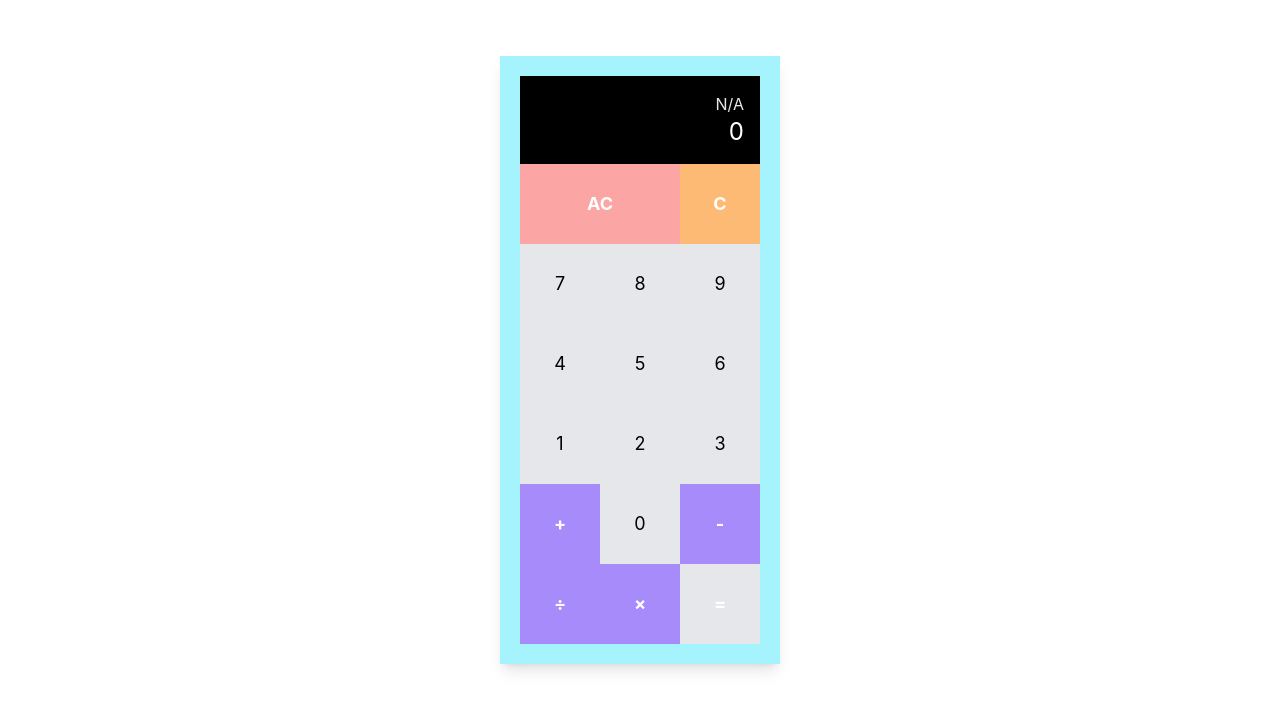
Repository: BrianPhamDev/calculator_app
Page: /
The author's editor kept a copy of each file at every save. The page is drawn from the files as they stood at one save, then again after a run of saves.
The browser window is 1280 px wide. The pictures show the whole page.
The project was rebuilt for these pictures with package versions that can differ from the ones it lists, and the page was loaded fresh each time. Also part of the build but not shown: vite.config.js.

Above is the page before, as saved 2024-01-09 15:15:49.

### src/App.jsx
import Calculator from "./components/Calculator";

function App() {
  return (
    <>
      <div className="flex items-center justify-center w-screen h-screen">
        <Calculator></Calculator>
      </div>
    </>
  );
}

export default App;

### src/components/Calculator.jsx
import { calculatorButtons } from "../globals/calculator-button-data";
import { useReducer } from "react";

const ACTIONS = {
  ADD_DIGIT: "add-digit",
  CLEAR: "clear",
  DELETE_DIGIT: "delete-digit",
  CHOOSE_OPERATION: "choose-operation",
  EVALUATE: "evaluate",
};

function reducer(state, { type, payload }) {
  switch (type) {
    case ACTIONS.ADD_DIGIT:
      if (payload.value === 0 && state.current === "0") return state;
      console.log(payload.digit);
      return {
        ...state,
        currentOperand: `${state.currentOperand || ""}${payload.digit}`,
      };

    default:
      break;
  }
}

const Calculator = () => {
  const specialTypes = {
    operator: "bg-violet-400 hover:bg-violet-300 text-white font-bold",
    enter: "bg-blue-400 hover:bg-blue-300 text-white font-bold",
  };
  const specialClasses = {
    ac: "col-span-2 w-40 bg-red-300 text-white font-bold hover:bg-red-400",
    c: "bg-orange-300 text-white font-bold hover:bg-orange-400",
  };

  const [{ currentOperand, previousOperand, operation }, dispatch] = useReducer(
    reducer,
    {}
  );

  const handleAddingDigit = (button) => {
    dispatch({ type: ACTIONS.ADD_DIGIT, payload: { digit: button.value } });
  };

  return (
    <div className="border-[20px] border-cyan-200 shadow-lg">
      <div className="w-60 h-fit bg-black text-white flex flex-col items-end justify-around px-4 py-4 break-words break-all">
        <div className="previous text-gray-200">
          {previousOperand || "N/A"} {operation}
        </div>
        <div className="current text-2xl">{currentOperand || "0"}</div>
      </div>

      <div className="grid grid-cols-3">
        {calculatorButtons.map((button) => {
          return (
            <div
              key={button.className}
              className={`bg-gray-200 flex items-center justify-center w-20 h-20 hover:bg-slate-300 text-lg  ${
                specialClasses[button.className] || ""
              }
              ${specialTypes[button.type] || ""}`}
              onClick={() => {
                button.type ? handleAddingDigit(button) : null;
              }}
            >
              {button.text}
            </div>
          );
        })}
      </div>
    </div>
  );
};

export default Calculator;

### src/globals/calculator-button-data.js
export const calculatorButtons = [
  {
    type: "clear",
    className: "ac",
    text: "AC",
    value: "All Clear",
  },
  {
    type: "clear",
    className: "c",
    text: "C",
    value: "Clear",
  },
  {
    type: "number",
    className: "seven",
    text: 7,
    value: 7,
  },
  {
    type: "number",
    className: "eight",
    text: 8,
    value: 8,
  },
  {
    type: "number",
    className: "nine",
    text: 9,
    value: 9,
  },

  {
    type: "number",
    className: "four",
    text: 4,
    value: 4,
  },
  {
    type: "number",
    className: "five",
    text: 5,
    value: 5,
  },
  {
    type: "number",
    className: "six",
    text: 6,
    value: 6,
  },

  {
    type: "number",
    className: "one",
    text: 1,
    value: 1,
  },
  {
    type: "number",
    className: "two",
    text: 2,
    value: 2,
  },
  {
    type: "number",
    className: "three",
    text: 3,
    value: 3,
  },

  {
    type: "operator",
    className: "add",
    text: "+",
    value: "Add",
  },

  {
    type: "number",
    className: "zero",
    text: 0,
    value: 0,
  },
  {
    type: "operator",
    className: "subtract",
    text: "-",
    value: "Subtract",
  },
  {
    type: "operator",
    className: "divide",
    text: "\u00f7",
    value: "Divide",
  },
  {
    type: "operator",
    className: "multiply",
    text: "\u00d7",
    value: "Multiply",
  },

  {
    type: "enter",
    className: "equal",
    text: "=",
    value: "Equal",
  },
];

Loaded but not shown: index.html (common file); src/main.jsx (common file); src/index.css (common file); tailwind.config.js (common file)

After the next 2 saves:
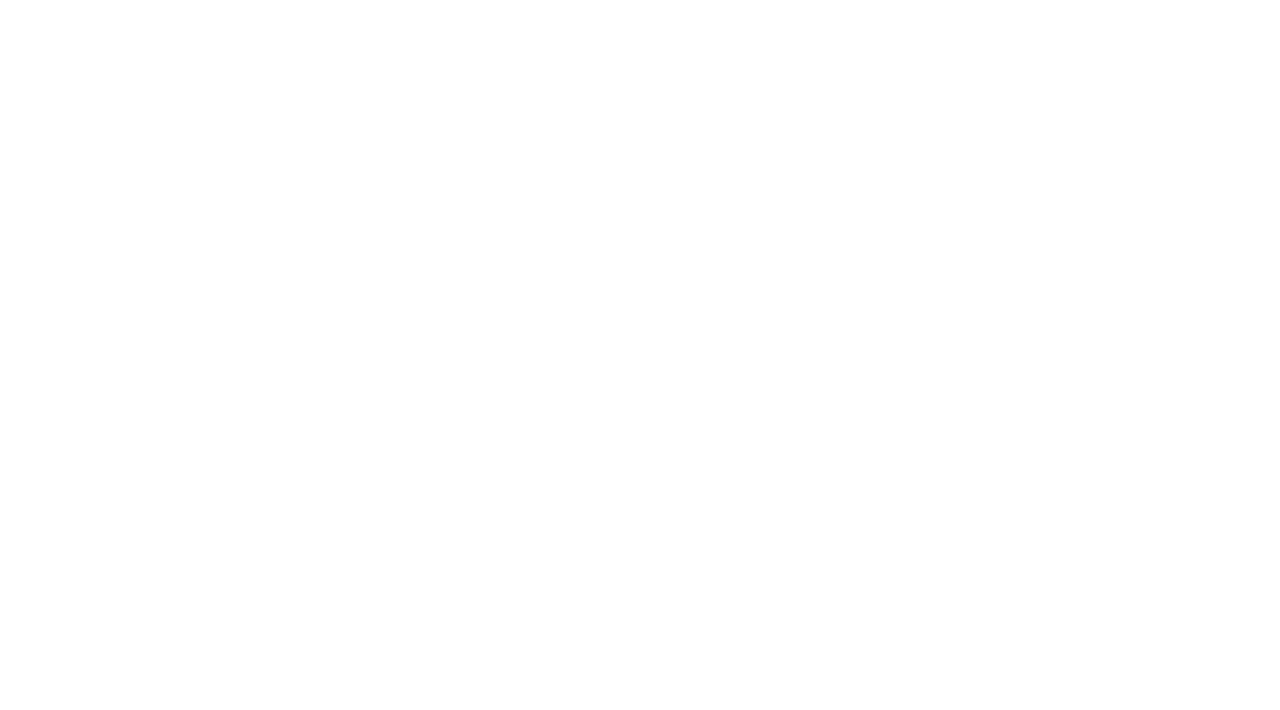
Console error: ReferenceError: function1 is not defined
The 2 saves are shown as one change because 1 did not build or start.
The last was saved 60 min 37 s later.
--- a/src/components/Calculator.jsx
+++ b/src/components/Calculator.jsx
@@ -33,6 +33,11 @@
     ac: "col-span-2 w-40 bg-red-300 text-white font-bold hover:bg-red-400",
     c: "bg-orange-300 text-white font-bold hover:bg-orange-400",
   };
+  const typeFunctions = {
+    type1: function1,
+    type2: function2,
+    // add more mappings here
+  };
 
   const [{ currentOperand, previousOperand, operation }, dispatch] = useReducer(
     reducer,
@@ -61,10 +66,18 @@
                 specialClasses[button.className] || ""
               }
               ${specialTypes[button.type] || ""}`}
+              // onClick={() => {
+              //   specialTypes[button.type];
+              //   // button.type ? handleAddingDigit(button) : null;
+              // }}
               onClick={() => {
-                button.type ? handleAddingDigit(button) : null;
+                const typeFunction = typeFunctions[button.type];
+                if (typeFunction) {
+                  typeFunction(button);
+                }
               }}
             >
+              <body></body>
               {button.text}
             </div>
           );

After the save that followed:
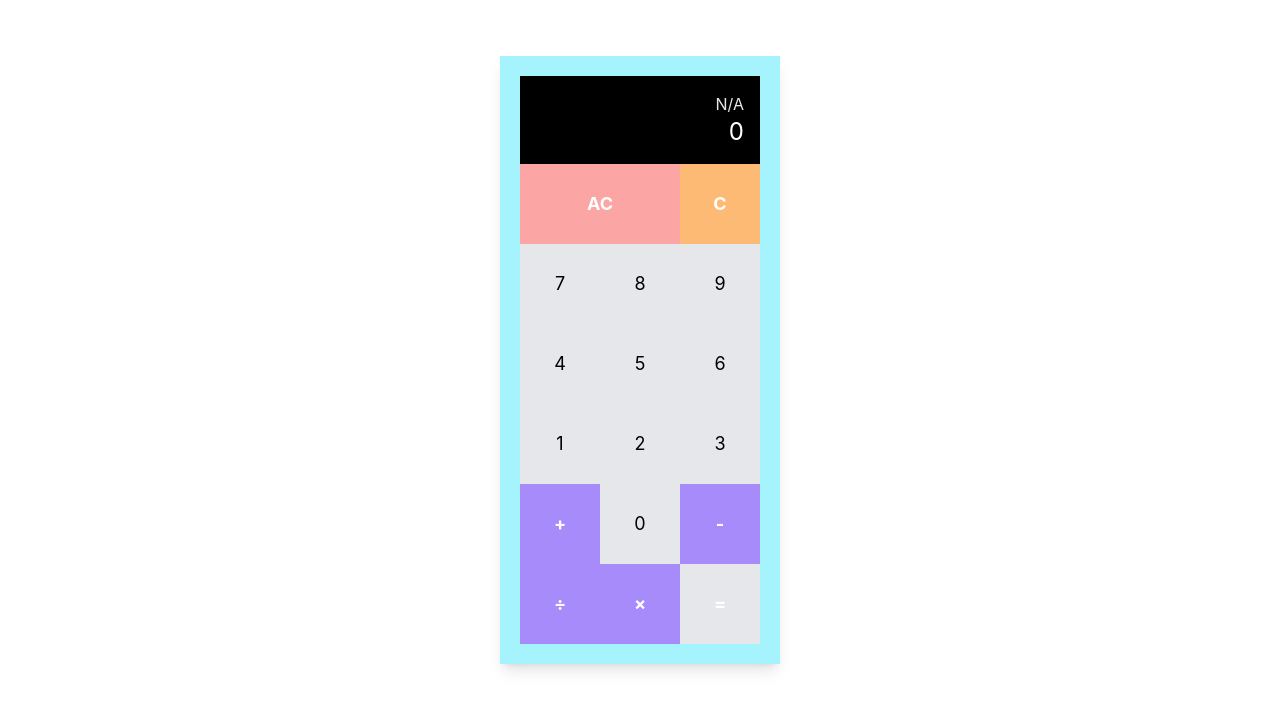
The error is gone.
Saved 8 s later.
--- a/src/components/Calculator.jsx
+++ b/src/components/Calculator.jsx
@@ -33,11 +33,7 @@
     ac: "col-span-2 w-40 bg-red-300 text-white font-bold hover:bg-red-400",
     c: "bg-orange-300 text-white font-bold hover:bg-orange-400",
   };
-  const typeFunctions = {
-    type1: function1,
-    type2: function2,
-    // add more mappings here
-  };
+  const typeFunctions = {};
 
   const [{ currentOperand, previousOperand, operation }, dispatch] = useReducer(
     reducer,
